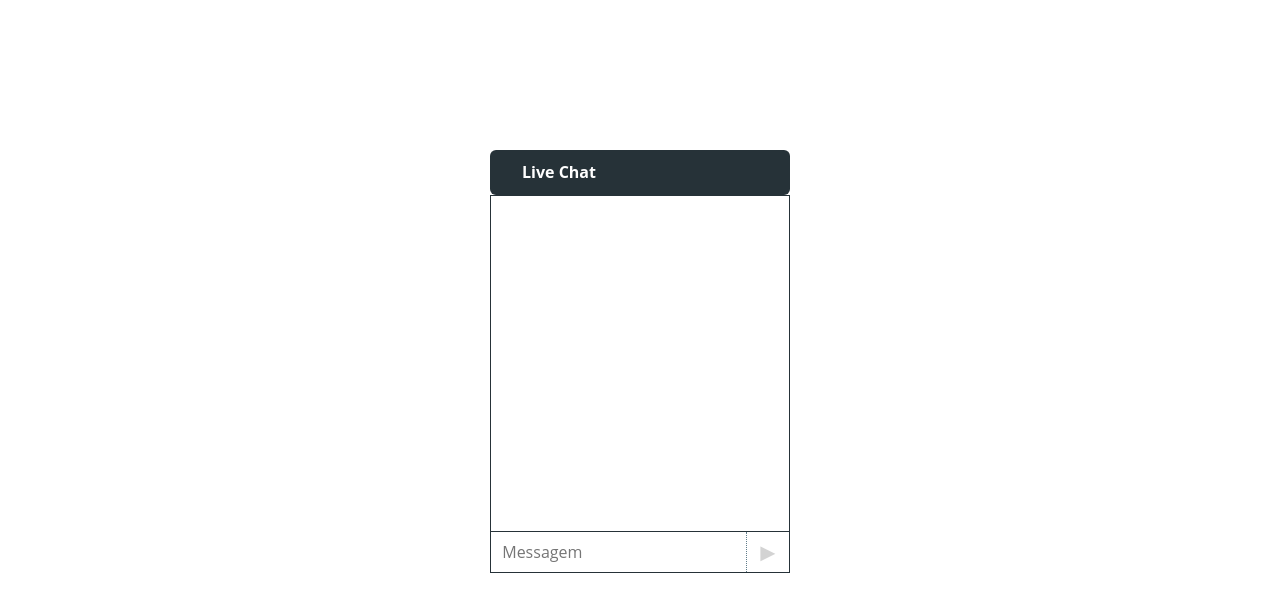
Repository: hierotsu/chat-rooms-react-
Page: / (app in client/)
These files come from the project's save history. The page is drawn as it stood at one moment and after the next save; the edit follows.
The browser window is 1280 px wide. The pictures show the whole page.
The page's requests for data from a server got no answer. The project was rebuilt for these pictures with package versions that can differ from the ones it lists, and the page was loaded fresh each time. No one was signed in, and anything a server would have sent is missing.

Above is the page before, as saved 2022-02-01 17:21:36.

### client/src/App.js
import { useState, useEffect } from 'react'
import io from 'socket.io-client'

import Chat from './components/Chat';

import './App.css';

const SERVER_URL = "http://localhost:3001"

const socket = io.connect(SERVER_URL,
  { query: { id: Math.floor(Math.random() * 1000) } })

function App() {
  const [username, setUsername] = useState('')
  const [room, setRoom] = useState('')
  const [joinButtonDisabled, setJoinButtonDisabled] = useState(true)
  const [showChat, setShowChat] = useState(false)

  useEffect(() => {
    setJoinButtonDisabled(username === '' || room === '')
  }, [username, room])

  const joinRoom = () => {
    if (username !== '' && room !== '') {
      socket.emit('join_room', room)
    }
  }

  return (
    <div className="App">
      {showChat ?
        <div className="joinChatContainer">
          <h1>React Chat</h1>
          <h3>Juntar o Chat</h3>
          <input type="text" placeholder='Nome' onChange={e => setUsername(e.target.value)} />
          <input type="text" placeholder='Sala' onChange={e => setRoom(e.target.value)} />
          <button onClick={joinRoom} disabled={joinButtonDisabled}>Juntar Sala</button>
        </div>
        :
        <Chat socket={socket} username={username} room={room} />
      }
    </div>
  );
}

export default App;

### client/src/components/Chat.js
import { useState, useEffect } from 'react';

export default function Chat({ socket, username, room }) {
    const [currentMessage, setCurrentMessage] = useState('')

    useEffect(() => {
        socket.on('receive-message', (data) => {
            console.log('message-received', data)
        })
    }, [socket])

    const sendMessage = async () => {
        if (currentMessage !== '') {
            const messageData = {
                room,
                author: username,
                message: currentMessage,
                time: new Date(Date.now()).getHours() + ":" + ('0' + new Date(Date.now()).getMinutes()).slice(-2)
            }

            await socket.emit('send-message', messageData)
        }
    }

    return <div className="chat-window">
        <div className="chat-header">
            <p>Live Chat</p>
        </div>
        <div className="chat-body">

        </div>
        <div className="chat-footer">
            <input type="text" placeholder='Messagem' onChange={e => setCurrentMessage(e.target.value)} />
            <button onClick={sendMessage}>&#9658;</button>
        </div>
    </div>;
}

Loaded but not shown: client/public/index.html (common file); client/src/index.js (common file); client/src/index.css (common file); client/src/App.css (common file)

After the next save:
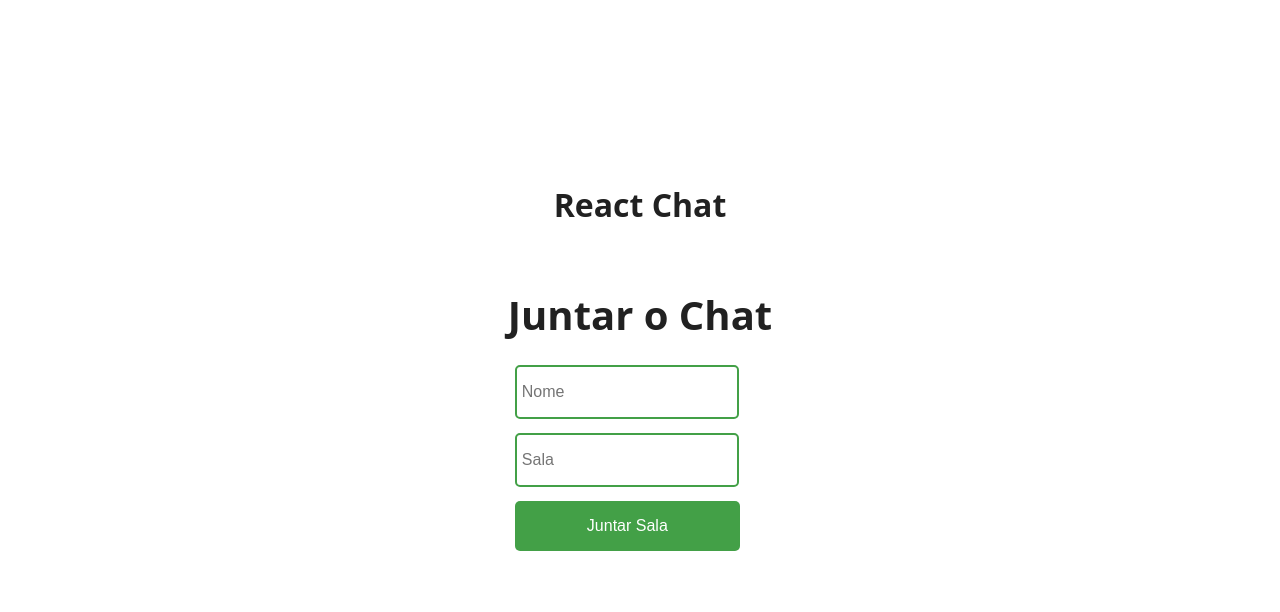
Saved 24 s later.
--- a/client/src/App.js
+++ b/client/src/App.js
@@ -28,7 +28,7 @@ function App() {
 
   return (
     <div className="App">
-      {showChat ?
+      {!showChat ?
         <div className="joinChatContainer">
           <h1>React Chat</h1>
           <h3>Juntar o Chat</h3>
